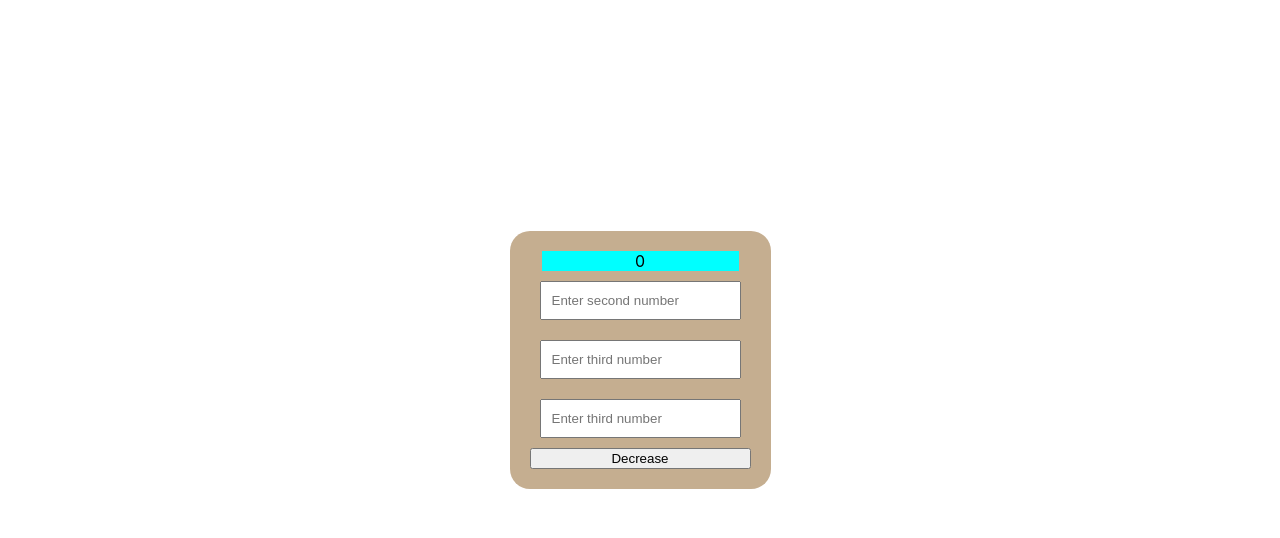
Repository: purnimapatel/SI-calculator
Page: /
An editor plug-in stored every save of this project. The page is shown before and after the next save, followed by the edit.
The browser window is 1280 px wide. The pictures show the whole page.
The project was rebuilt for these pictures with package versions that can differ from the ones it lists, and the page was loaded fresh each time.

Above is the page before, as saved 2024-08-26 11:37:00.

After the next save:
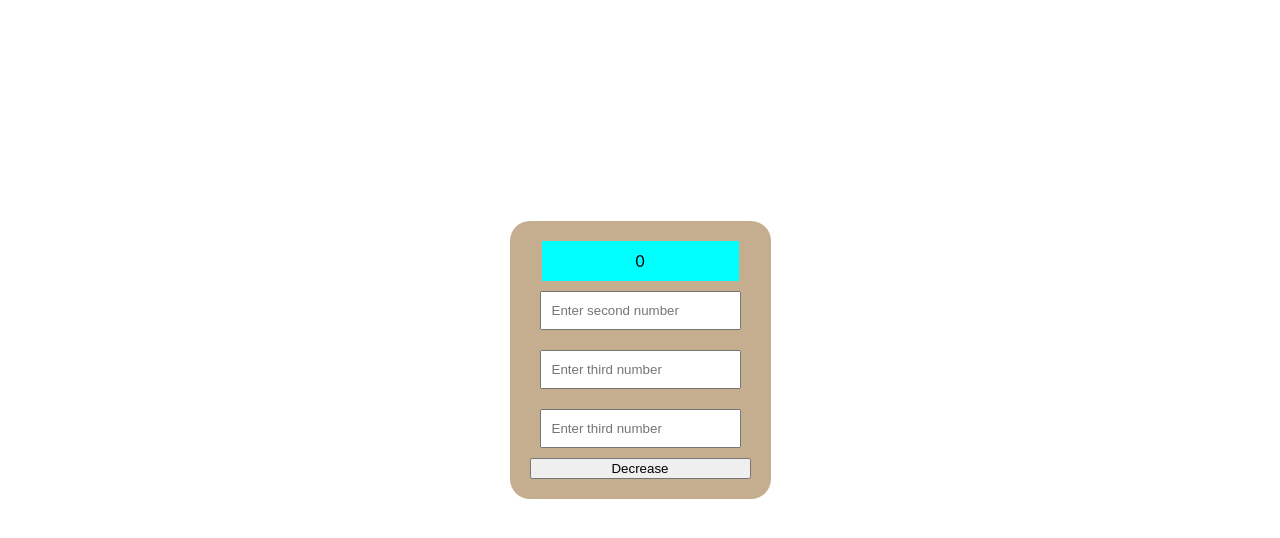
Saved 24 s later.
--- a/src/App.css
+++ b/src/App.css
@@ -27,6 +27,7 @@
   text-align: center;
   justify-content: center;
   margin:0px 12px;
+  padding:10px 0px;
   background-color:aqua;
 
 }
